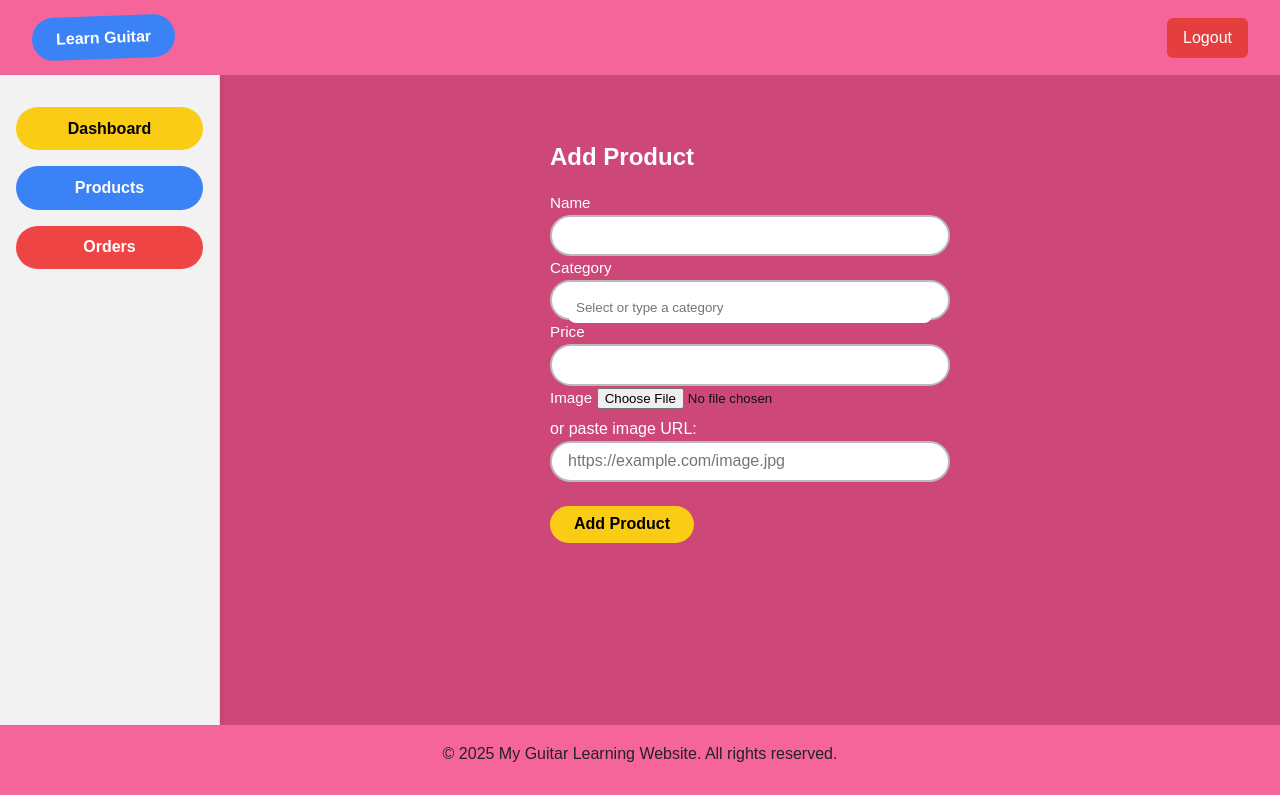
Repository: rywkoo/LearnGuitar
Page: templates/admin/addproduct.html
An editor plug-in stored every save of this project. The page is shown before and after the next save, followed by the edit.
The browser window is 1280 px wide. The pictures show the whole page.
The page is served by the project's application, run on Flask 3 (app.py). The template is opened directly, without the code that normally fills it, so the values that code supplies are empty.

Above is the page before, as saved 2025-08-25 22:46:31.

After the next save:
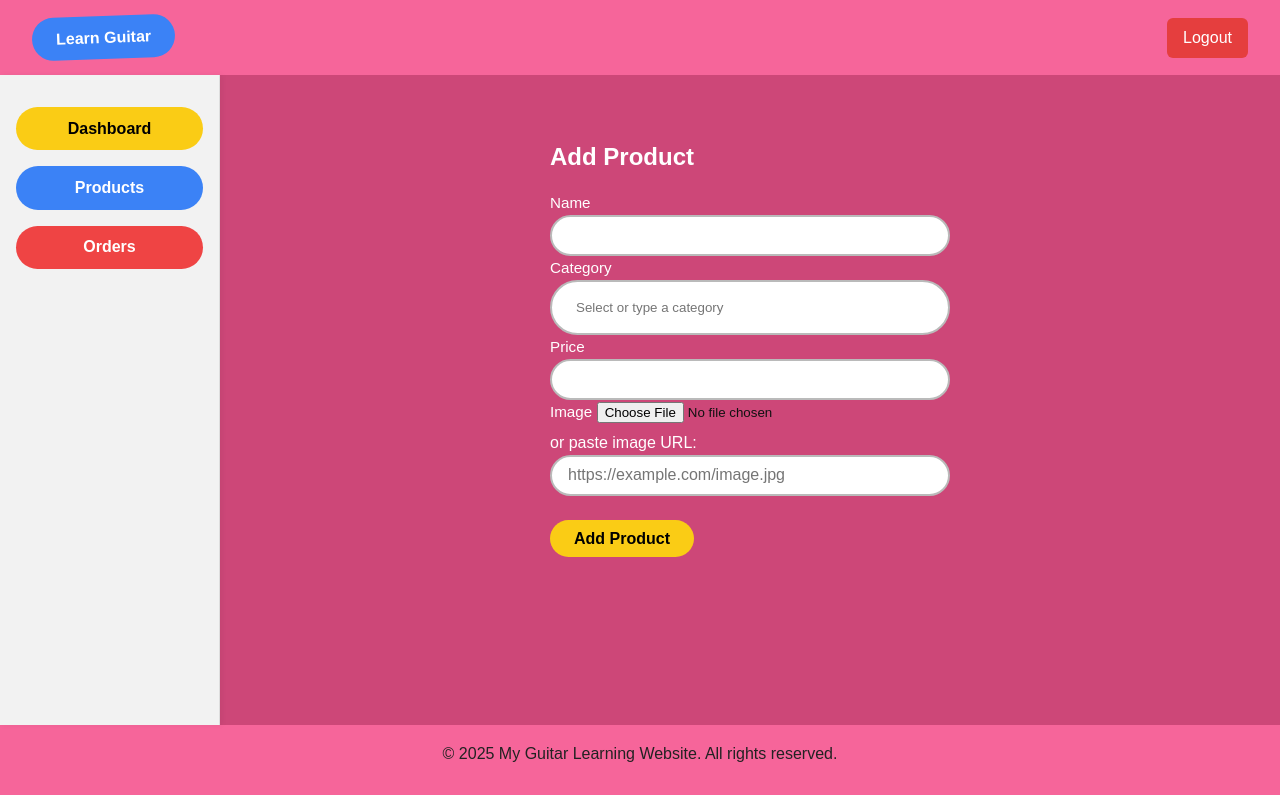
Saved 6 s later.
--- a/templates/admin/addproduct.html
+++ b/templates/admin/addproduct.html
@@ -7,7 +7,6 @@
 .custom-dropdown {
   position: relative;
   width: 100%;
-  height: 40px;
 }
 
 .custom-dropdown input {
